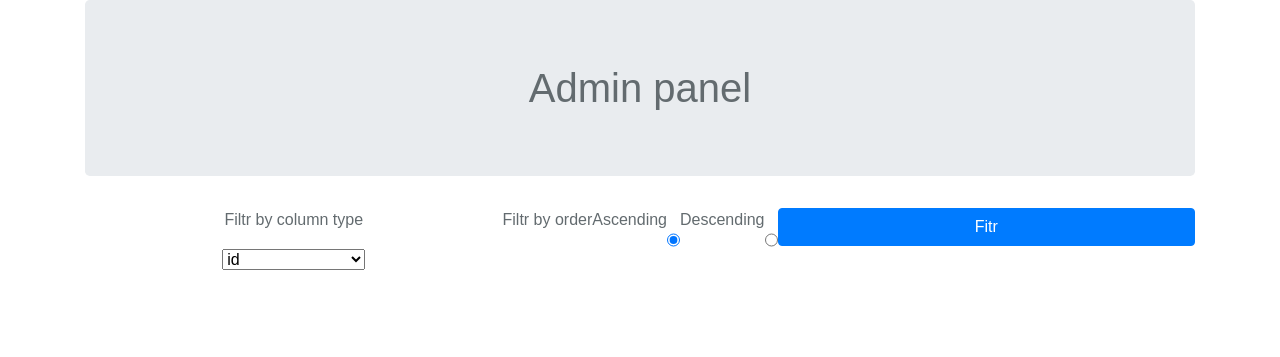
Repository: WOLVGVNG/gameclan
Page: resources/views/admin_panel.blade.php
These files come from the project's save history. The page is drawn as it stood at one moment and after the next save; the edit follows.
The browser window is 1280 px wide. The pictures show the whole page.
The page is served by the project's Laravel application, run on PHP 8.4 with Laravel 8. Other server files are loaded and not shown. The template is opened directly, without the code that normally fills it, so the values that code supplies are empty.

Above is the page before, as saved 2019-03-19 17:24:59.

### routes/web.php
<?php

/*
|--------------------------------------------------------------------------
| Web Routes
|--------------------------------------------------------------------------
|
| Here is where you can register web routes for your application. These
| routes are loaded by the RouteServiceProvider within a group which
| contains the "web" middleware group. Now create something great!
|
*/

Route::get('/', 'AdminPanelController@index');

### resources/views/admin_panel.blade.php
@extends('layout.app')
@section('content')
<div class='container text-center'>
    <h1 class='jumbotron'>Admin panel</h1>
    <form action='/' method='GET'>
        <div class='row'>
            <div class='col'>
                <p>Filtr by column type</p>
                <select name='filtr_type'>
                    <option>id</option>
                    <option>user_name</option>
                    <option>email</option>
                    <option>active</option>
                    <option>banned</option>
                    <option>notifiable_email</option>
                    <option>email_verified_at</option>
                    <option>remember_token</option>
                    <option>avatar</option>
                    <option>points</option>
                    <option>steam_id</option>
                    <option>facebook_id</option>
                    <option>google_id</option>
                    <option>geo</option>
                    <option>lang</option>
                    <option>ref</option>
                    <option>ref_status</option>
                    <option>ref_code</option>
                    <option>deleted_at</option>
                    <option>created_at</option>
                    <option>updated_at</option>
                </select>
            </div>
            <div class='row'>
                <p>Filtr by order</p>
                <label for='asc'>Ascending</label>
                <input type='radio' name='filtr_order' value='asc' id='asc' checked>
                <label for='desc'>Descending</label>
                <input type='radio' name='filtr_order' value='desc' id='desc'>
            </div>
            <div class='col'>
                <button type='submit' class='btn btn-block btn-primary'>Fitr</button>
            </div>
        </div>
    </form>
    @foreach($users as $user)
        <div class='row'>
            <div class='user-part-div col'>
                <p class='font-weight-bold'>id</p>
                <p>{{$user->id}}</p>
            </div>
            <div class='user-part-div col'>
                <p class='font-weight-bold'>user_name</p>
                <p>{{$user->user_name}}</p>
            </div>
            <div class='user-part-div col'>
                <p class='font-weight-bold'>email</p>
                <p>{{$user->email}}</p>
            </div>
            @if($user->active === 1)
                <div class='user-part-div col d-flex align-items-center'>
                    <p class='font-weight-bold'>active</p>
                </div>
            @endif
            @if($user->banned === 1)
            <div class='user-part-div col d-flex align-items-center'>
                <p class='font-weight-bold'>banned</p>
            </div>
            @endif
            @if(isset($user->email_verified_at))
                <div class='user-part-div col'>
                    <p class='font-weight-bold'>email_verified_at</p>
                    <p>{{$user->email_verified_at}}</p>
                </div>
            @endif
            @if(isset($user->email_verified_at))
                <div class='user-part-div col'>
                    <p class='font-weight-bold'>remember_token</p>
                    <p>{{$user->remember_token}}</p>
                </div>
            @endif
            <div class='user-part-div col'>
                <p class='font-weight-bold'>avatar</p>
                <p>{{$user->avatar}}</p>
            </div>
            <div class='user-part-div col'>
                <p class='font-weight-bold'>points</p>
                <p>{{$user->points}}</p>
            </div>
            @if(isset($user->steam_id))
                <div class='user-part-div col'>
                    <p class='font-weight-bold'>steam_id</p>
                    <p>{{$user->steam_id}}</p>
                </div>
            @endif
            @if(isset($user->facebook_id))
                <div class='user-part-div col'>
                    <p class='font-weight-bold'>facebook_id</p>
                    <p>{{$user->facebook_id}}</p>
                </div>
            @endif
            @if(isset($user->google_id))
                <div class='user-part-div col'>
                    <p class='font-weight-bold'>google_id</p>
                    <p>{{$user->google_id}}</p>
                </div>
            @endif
            <div class='user-part-div col'>
                <p class='font-weight-bold'>geo</p>
                <p>{{$user->geo}}</p>
            </div>
            <div class='user-part-div col'>
                <p class='font-weight-bold'>lang</p>
                <p>{{$user->lang}}</p>
            </div>
            @if(isset($user->ref))
                <div class='user-part-div col'>
                    <p class='font-weight-bold'>ref</p>
                    <p>{{$user->ref}}</p>
                </div>
            @endif
            @if(isset($user->ref_status))
                <div class='user-part-div col'>
                    <p class='font-weight-bold'>ref_status</p>
                    <p>{{$user->ref_status}}</p>
                </div>
            @endif
            <div class='user-part-div col'>
                <p class='font-weight-bold'>ref_code</p>
                <p>{{$user->ref_code}}</p>
            </div>
            @if(isset($user->deleted_at))
                <div class='user-part-div col'>
                    <p class='font-weight-bold'>deleted_at</p>
                    <p>{{$user->deleted_at}}</p>
                </div>
            @endif
            <div class='user-part-div col'>
                <p class='font-weight-bold'>created_at</p>
                <p>{{$user->created_at}}</p>
            </div>
            @if(isset($user->updated_at))
                <div class='user-part-div col'>
                    <p class='font-weight-bold'>updated_at</p>
                    <p>{{$user->updated_at}}</p>
                </div>
            @endif
        </div>
    @endforeach
</div>
@endsection

### resources/views/layout/app.blade.php
<!doctype html>
<html lang="{{ str_replace('_', '-', app()->getLocale()) }}">
    <head>
        <meta charset="utf-8">
        <meta name="viewport" content="width=device-width, initial-scale=1">

        <title>Laravel</title>

        <link rel="stylesheet" href="https://stackpath.bootstrapcdn.com/bootstrap/4.3.1/css/bootstrap.min.css" integrity="sha384-ggOyR0iXCbMQv3Xipma34MD+dH/1fQ784/j6cY/iJTQUOhcWr7x9JvoRxT2MZw1T" crossorigin="anonymous">

        <style>
            html, body {
                background-color: #fff;
                color: #636b6f;
                font-family: 'Nunito', sans-serif;
                font-weight: 200;
                height: 100vh;
                margin: 0;
            }

            .user-part-div {
                border: 3px solid gray;
            }
        </style>
    </head>
    <body>
        @yield('content')

    </body>
</html>

After the next save:
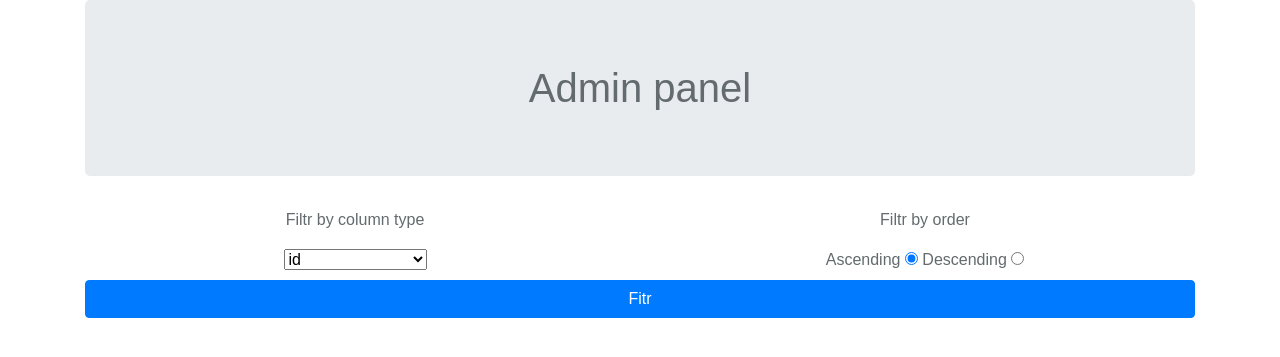
Saved 75 s later.
--- a/resources/views/admin_panel.blade.php
+++ b/resources/views/admin_panel.blade.php
@@ -30,14 +30,16 @@
                     <option>updated_at</option>
                 </select>
             </div>
-            <div class='row'>
+            <div class='col'>
                 <p>Filtr by order</p>
                 <label for='asc'>Ascending</label>
                 <input type='radio' name='filtr_order' value='asc' id='asc' checked>
                 <label for='desc'>Descending</label>
                 <input type='radio' name='filtr_order' value='desc' id='desc'>
             </div>
-            <div class='col'>
+        </div>
+        <div class='row'>
+            <div class='col-12'>
                 <button type='submit' class='btn btn-block btn-primary'>Fitr</button>
             </div>
         </div>
